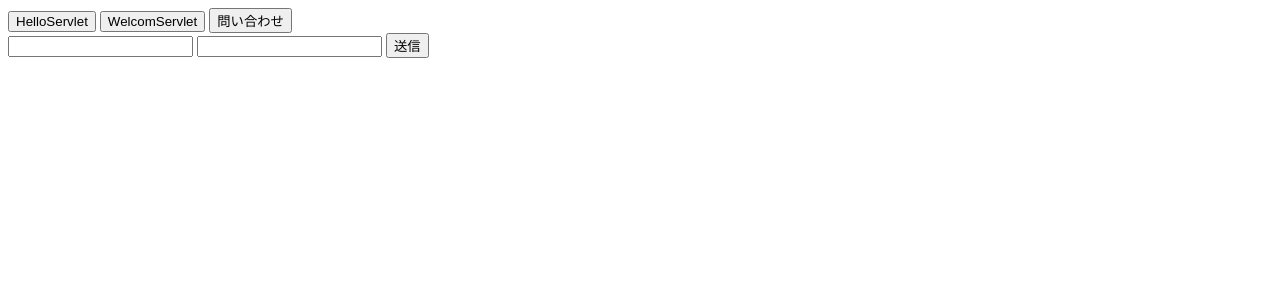
Repository: cha-git/test
Page: http://localhost/HelloServlet/
These files come from the project's save history. The page is drawn as it stood at one moment and after the next save; the edit follows.
The browser window is 1280 px wide. The pictures show the whole page.
The page is served by Tomcat 9.

Above is the page before, as saved 2018-12-05 11:12:31.

After the next save:
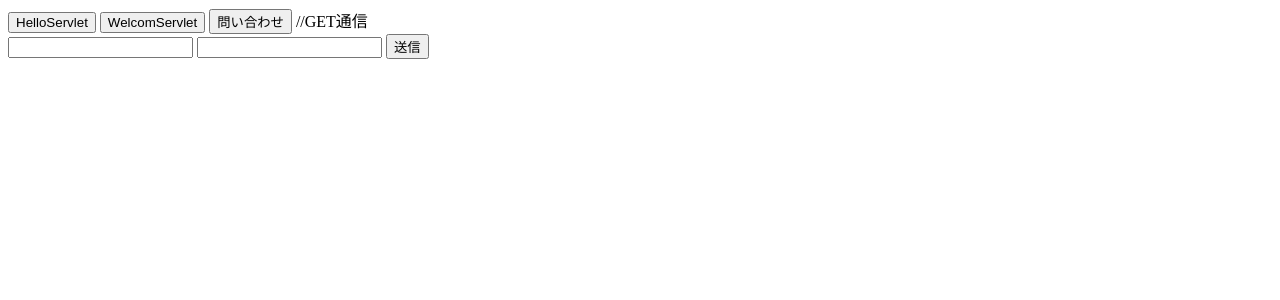
Saved 16 s later.
--- a/HelloServlet/WebContent/index.jsp
+++ b/HelloServlet/WebContent/index.jsp
@@ -10,6 +10,7 @@
 	<input type="button" value="HelloServlet" onClick="location.href='HelloServlet'">
 	<input type="button" value="WelcomServlet" onClick="location.href='welcome.jsp'">
 	<input type="button" value="問い合わせ" onClick="location.href='inquiry.jsp'">
+	//GET通信
 	<form method="get" action="TestServlet">
 		<input type="text" name="username">
 		<input type="password" name="password">

After the save that followed:
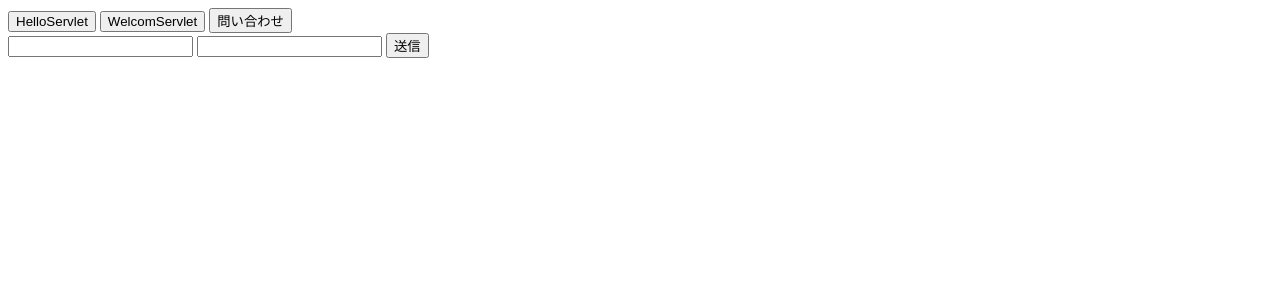
Saved 36 s later.
--- a/HelloServlet/WebContent/index.jsp
+++ b/HelloServlet/WebContent/index.jsp
@@ -10,7 +10,7 @@
 	<input type="button" value="HelloServlet" onClick="location.href='HelloServlet'">
 	<input type="button" value="WelcomServlet" onClick="location.href='welcome.jsp'">
 	<input type="button" value="問い合わせ" onClick="location.href='inquiry.jsp'">
-	//GET通信
+	<!-- GET通信 -->
 	<form method="get" action="TestServlet">
 		<input type="text" name="username">
 		<input type="password" name="password">
